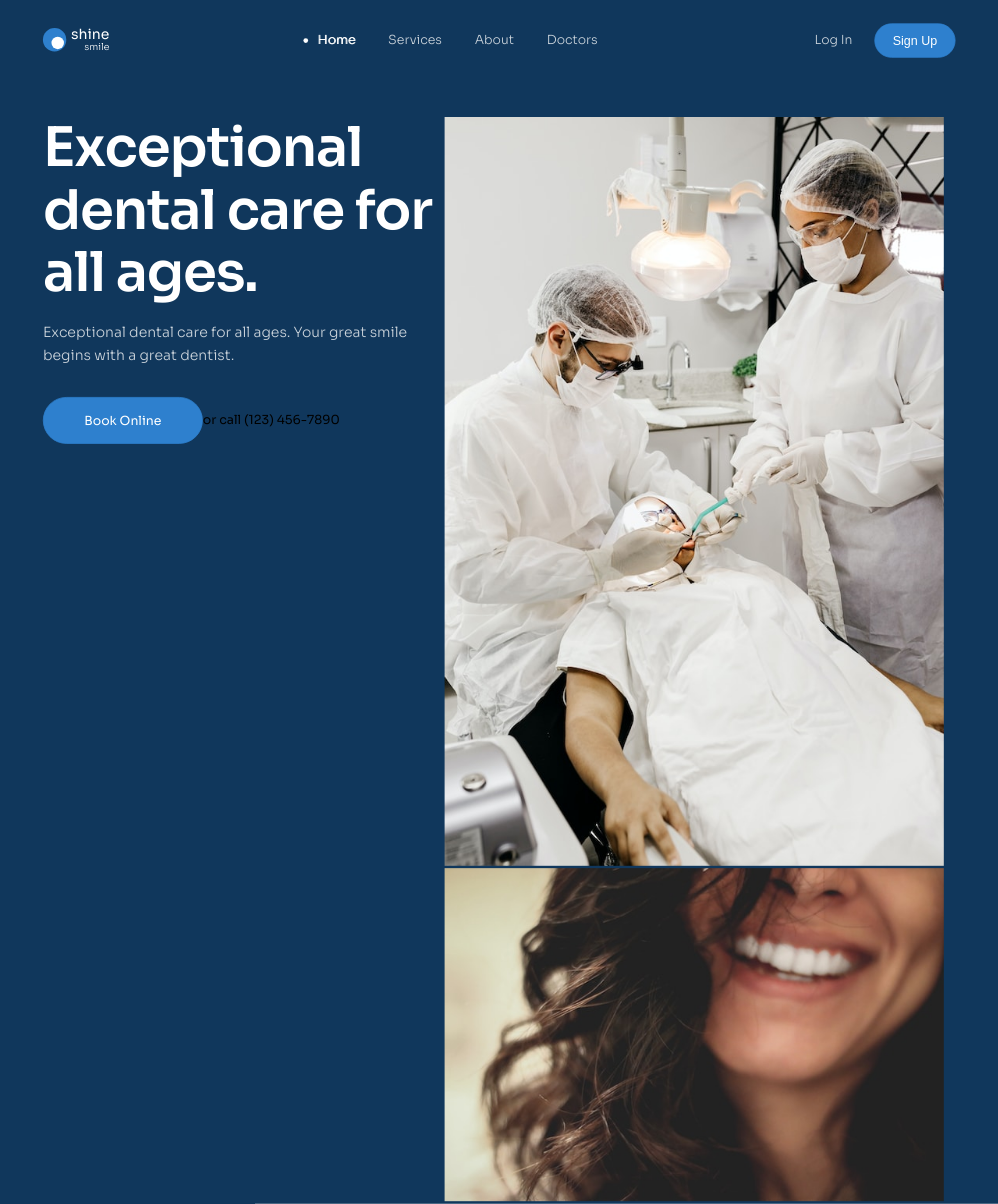
Repository: anhtien111198/f8-htmlcss-03
Page: index.html
These files come from the project's save history. The page is drawn as it stood at one moment and after the next save; the edit follows.
The browser window is 1280 px wide. The pictures show the whole page, at 78% of full size.

Above is the page before, as saved 2023-05-12 13:49:39.

After the next save:
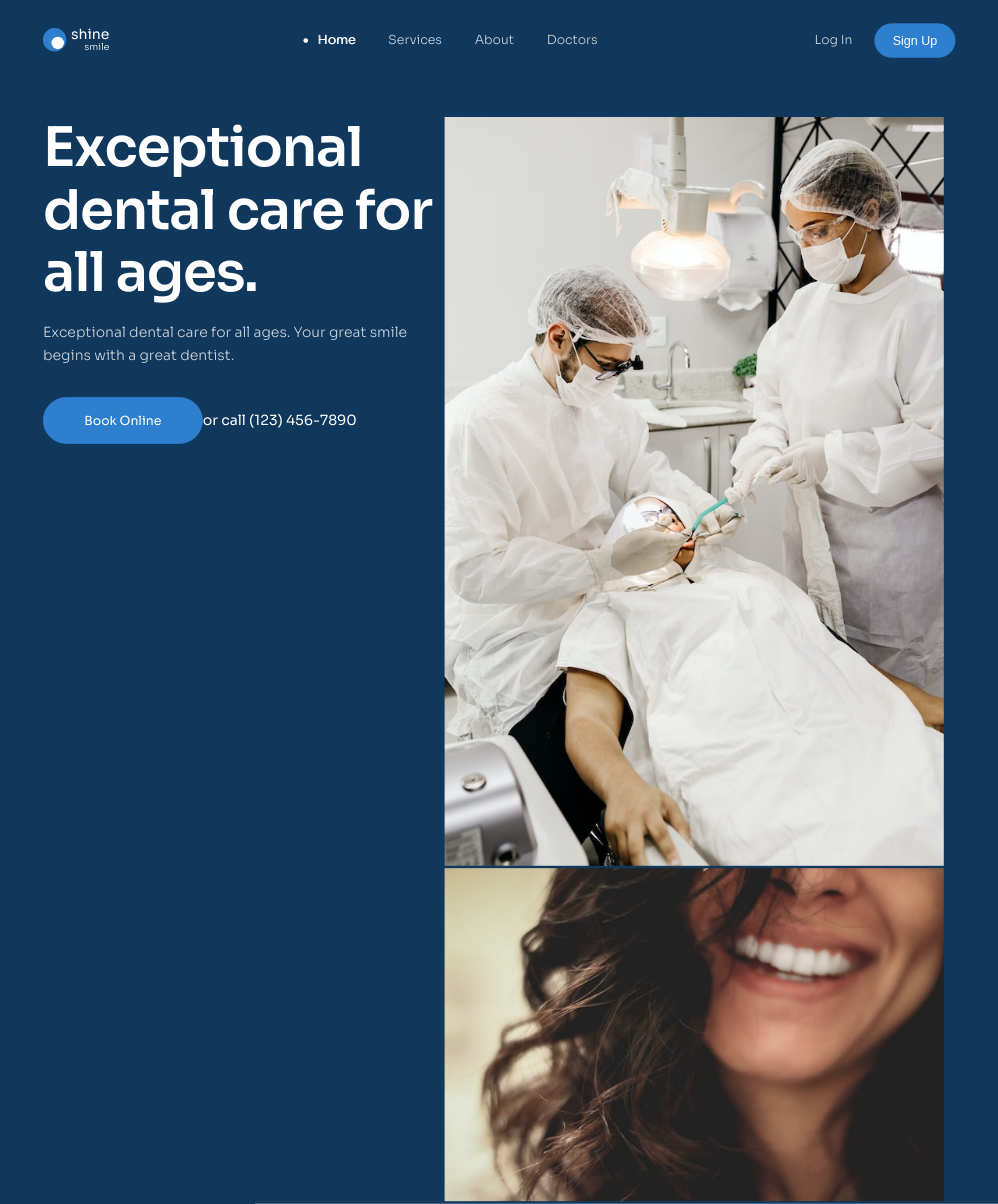
Saved 68 s later.
--- a/assets/css/style.css
+++ b/assets/css/style.css
@@ -158,3 +158,9 @@ a {
     align-items: center;
     margin-top: 38px;
 }
+.hero__phone {
+    font-weight: 400;
+    font-size: 1.8rem;
+    line-height: 1.67;
+    color: #ffffff;
+}
